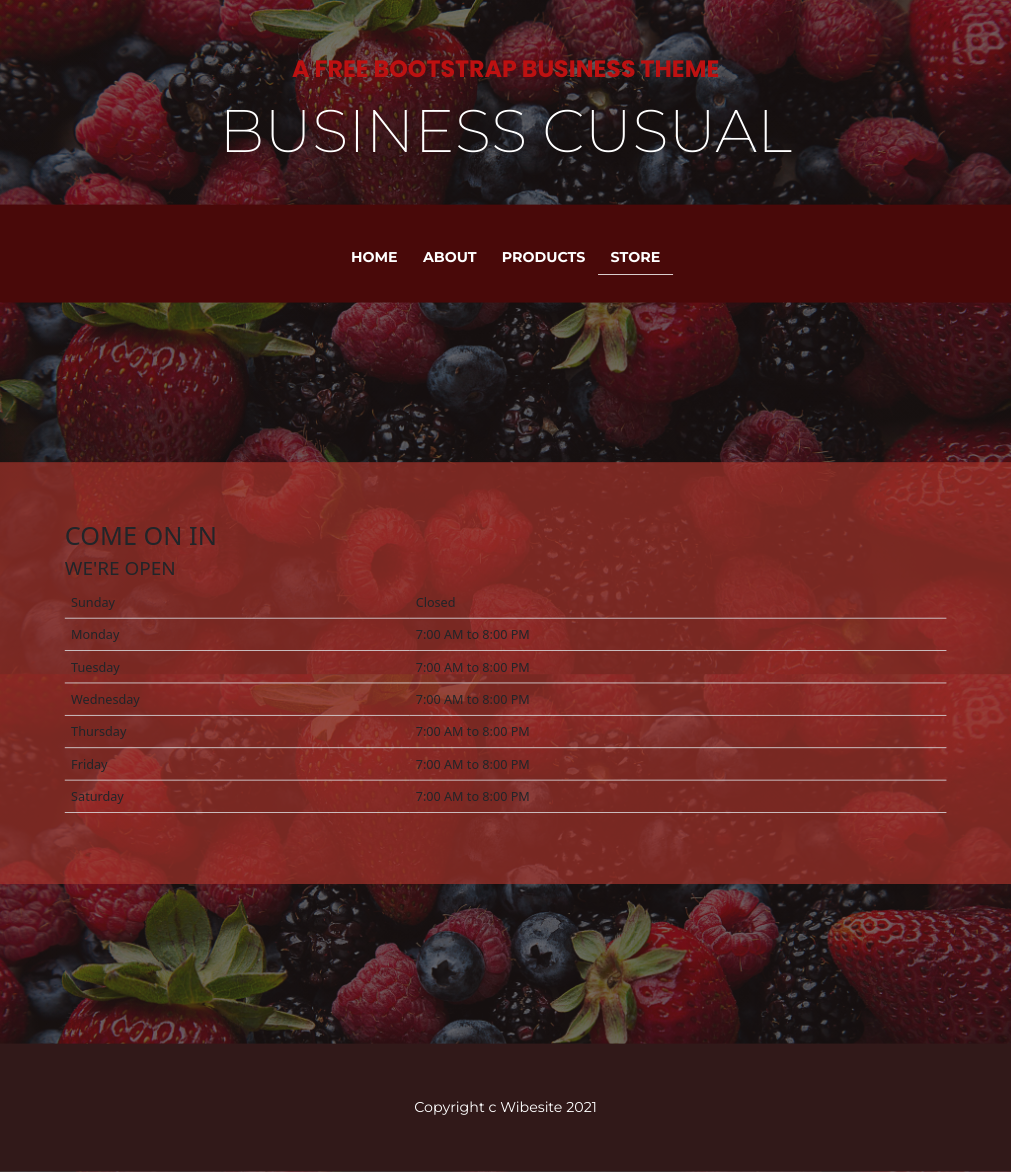
Repository: wadelfadill/tache_7_Business_bootstrap_theme
Page: store.html
The author's editor kept a copy of each file at every save. The page is drawn from the files as they stood at one save, then again after the next save.
The browser window is 1280 px wide. The pictures show the whole page, at 79% of full size.
Backgrounds fixed to the window are drawn as part of the page.

Above is the page before, as saved 2023-04-28 21:58:42.

### store.html
<!DOCTYPE html>
<html lang="en">
<head>
    <meta charset="UTF-8">
    <meta http-equiv="X-UA-Compatible" content="IE=edge">
    <meta name="viewport" content="width=device-width, initial-scale=1.0">
    <!------ title of website ------>
    <title>Business website</title>
    <!------ Bootstrap cdn link ------>
    <link href="https://cdn.jsdelivr.net/npm/bootstrap@5.1.3/dist/css/bootstrap.min.css" rel="stylesheet" integrity="sha384-1BmE4kWBq78iYhFldvKuhfTAU6auU8tT94WrHftjDbrCEXSU1oBoqyl2QvZ6jIW3" crossorigin="anonymous">
    <!------- css link -------------->
    <link rel="stylesheet" href="css/style.css">
    <link rel="stylesheet" href="css/store_style.css">
    <!---------Google Fonts links ---------->
    <link rel="preconnect" href="https://fonts.googleapis.com">
    <link rel="preconnect" href="https://fonts.gstatic.com" crossorigin>
    <link href="https://fonts.googleapis.com/css2?family=Montserrat:wght@100;200;400;700&family=Poppins:wght@700&display=swap" rel="stylesheet">

</head>
<body>
    <!-- ========== Start Header Section ========== -->
    <header id="header">
        <h2 class="first_title text-center">A FREE BOOTSTRAP BUSINESS THEME</h2>
        <h1 class="second_title text-center">BUSINESS CUSUAL</h1>
        <!-- ========== Start navbar  Section ========== -->
        <nav class="my-auto mt-5">
            <div class="container my-auto">
                <ul class="nav justify-content-center">
                    <li class="nav-item">
                      <a class="nav-link" aria-current="page" href="index.html">HOME</a>
                    </li>
                    <li class="nav-item">
                      <a class="nav-link" href="about.html">ABOUT</a>
                    </li>
                    <li class="nav-item">
                      <a class="nav-link" href="product.html">PRODUCTS</a>
                    </li>
                    <li class="nav-item">
                      <a class="nav-link active" href="store.html">STORE</a>
                    </li>
                </ul>
            </div>
        </nav>
        <!-- ========== End navbar  Section ========== -->
    </header>
    <!-- ========== End Header Section ========== -->
    <!-- ========== Start Main Section ========== -->
    <main>
      <!-- ========== Start First Section ========== -->
      <section id="first_section">
        <div class="container">
          <div class="border_box">
            <div class="table_box">
              <h2>COME ON IN</h2>
              <h4>WE'RE OPEN</h4>
              <table class="table">
                <tbody>
                  <tr>
                    <td>Sunday</td>
                    <td>Closed</td>
                  </tr>
                  <tr>
                    <td>Monday</td>
                    <td>7:00 AM to 8:00 PM</td>
                  </tr>
                  <tr>
                    <td>Tuesday</td>
                    <td>7:00 AM to 8:00 PM</td>
                  </tr>
                  <tr>
                    <td>Wednesday</td>
                    <td>7:00 AM to 8:00 PM</td>
                  </tr>
                  <tr>
                    <td>Thursday</td>
                    <td>7:00 AM to 8:00 PM</td>
                  </tr>
                  <tr>
                    <td>Friday</td>
                    <td>7:00 AM to 8:00 PM</td>
                  </tr>
                  <tr>
                    <td>Saturday</td>
                    <td>7:00 AM to 8:00 PM</td>
                  </tr>
                </tbody>
              </table>
            </div>
          </div>
        </div>
      </section>
      <!-- ========== End First Section ========== -->
    </main>
    <!-- ========== End Main Section ========== -->
    <footer id="footer">
        <p class="text-center">Copyright c Wibesite 2021</p>
    </footer>



    <!------ Bootstrap script -------->
    <script src="https://cdn.jsdelivr.net/npm/bootstrap@5.1.3/dist/js/bootstrap.bundle.min.js" integrity="sha384-ka7Sk0Gln4gmtz2MlQnikT1wXgYsOg+OMhuP+IlRH9sENBO0LRn5q+8nbTov4+1p" crossorigin="anonymous"></script>
</body>
</html>

### css/style.css
/* ===== General ====== */

:root{
    --red-color: #BD1111;
    --bg-red:#490909;
    --white-color: #FFFFFF;
    --black-color: #000000;
    --bg-beize:#F6E1C5;
    --bg-red-black: #311919;
    --bg-red-opac:rgba(165, 52, 43, 0.69);
    --red-border: #CD5449;
}
*{
    margin: 0;
    padding: 0;
}
body{
    padding: 0;
    margin: 0;
    background-image: linear-gradient(rgba(34, 24, 24, 0.6), rgba(34, 24, 24, 0.6)), url("../images/1.jpeg");
    background-position: center;
    background-size: cover;
    background-repeat: no-repeat;
    background-attachment: fixed;
}
/* ===== squelette ====== */
/* ===== header section ====== */
/* ===== header titles ======= */
#header .first_title{
    font-family: 'Poppins';
    font-style: normal;
    font-weight: 700;
    font-size: 30px;
    line-height: 45px;
    color: var(--red-color);
    margin-top: 65px;
}
#header .second_title{
    font-family: 'Montserrat';
    font-style: normal;
    font-weight: 200;
    font-size: 76px;
    line-height: 93px;
    color: var(--white-color);
}
/* ====== header navbar ======*/
#header nav{
    background: var(--bg-red);
    height: 124px;
}
#header nav ul li{
    margin-top: 48px;
}
#header nav a{
    font-family: 'Montserrat';
    font-style: normal;
    font-weight: 700;
    font-size: 18px;
    line-height: 22px;
    color: var(--white-color);
}
#header nav a.active{
    padding-bottom: 10px;
    border-bottom: 1px solid white;
}
/* ==== Main section ==========*/
/* main{
    height: 1000px;
} */
/* ====== footer section ====== */
#footer{
    height: 162px;
    background: var(--bg-red-black);
    padding-top: 70px;
}
#footer p{
    font-family: 'Montserrat';
    font-style: normal;
    font-weight: 400;
    font-size: 18px;
    line-height: 22px;
    color: var(--white-color);
}


/* ===== responsive css ======*/
@media screen and (max-width:550px) {
    #header .second_title{
        font-size: 30px;
    }
    #header nav{
        height: max-content;
        padding-bottom: 40px;
    }
}

### css/store_style.css
/* ===== General ====== */

:root{
    --red-color: #BD1111;
    --bg-red:#490909;
    --white-color: #FFFFFF;
    --black-color: #000000;
    --bg-beize:#F6E1C5;
    --bg-red-black: #311919;
    --bg-red-opac:rgba(165, 52, 43, 0.69);
    --red-border: #CD5449;
}

/* ==== first section ==== */
#first_section{
    margin-top: 202px;
    margin-bottom: 202px;
    width: 100%;
    padding-bottom: 74px;
    padding-top: 74px;
    background: var(--bg-red-opac);
}

After the next save:
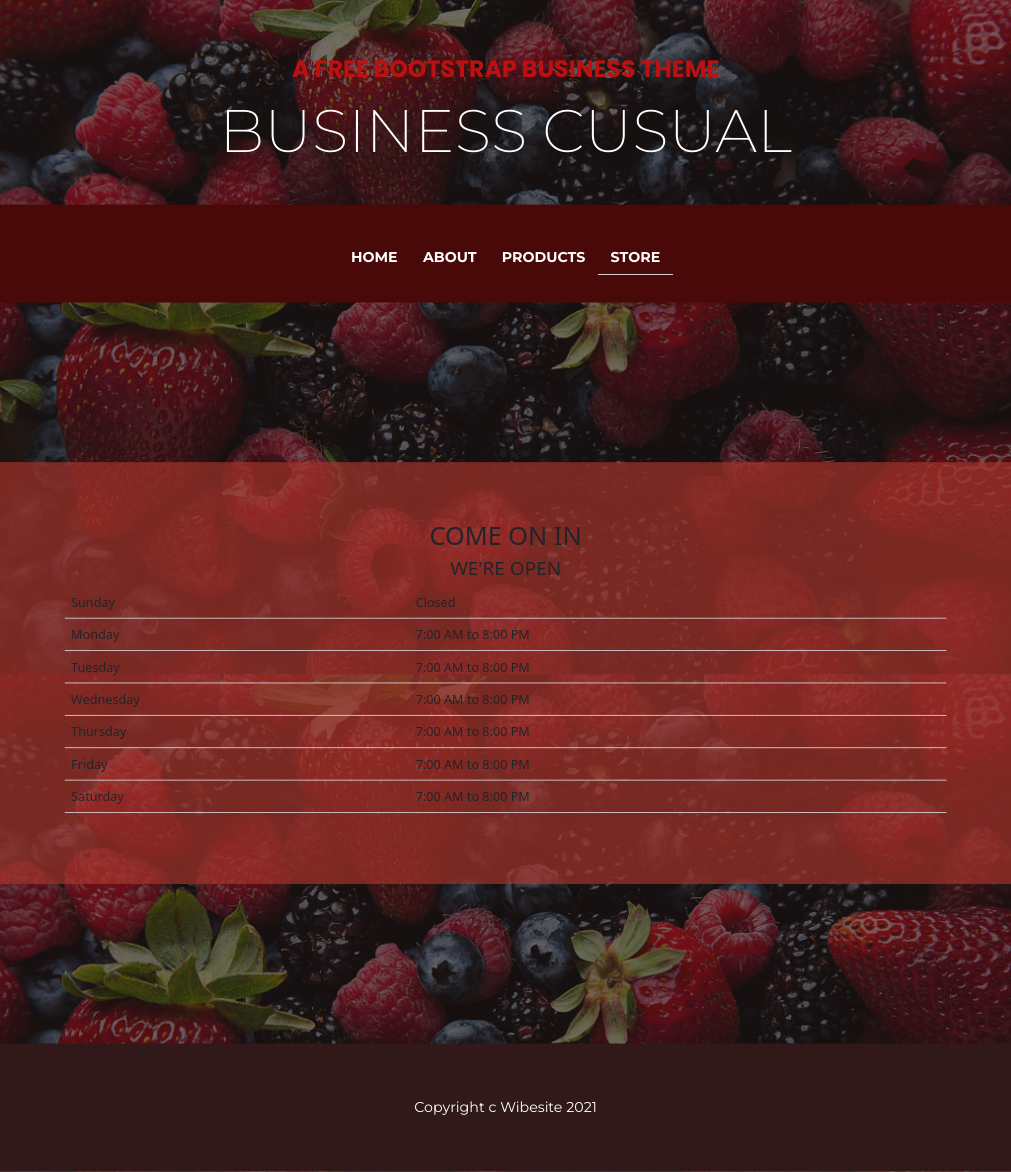
Saved 15 s later.
--- a/store.html
+++ b/store.html
@@ -51,8 +51,8 @@
         <div class="container">
           <div class="border_box">
             <div class="table_box">
-              <h2>COME ON IN</h2>
-              <h4>WE'RE OPEN</h4>
+              <h2 class="text-center">COME ON IN</h2>
+              <h4 class="text-center">WE'RE OPEN</h4>
               <table class="table">
                 <tbody>
                   <tr>
